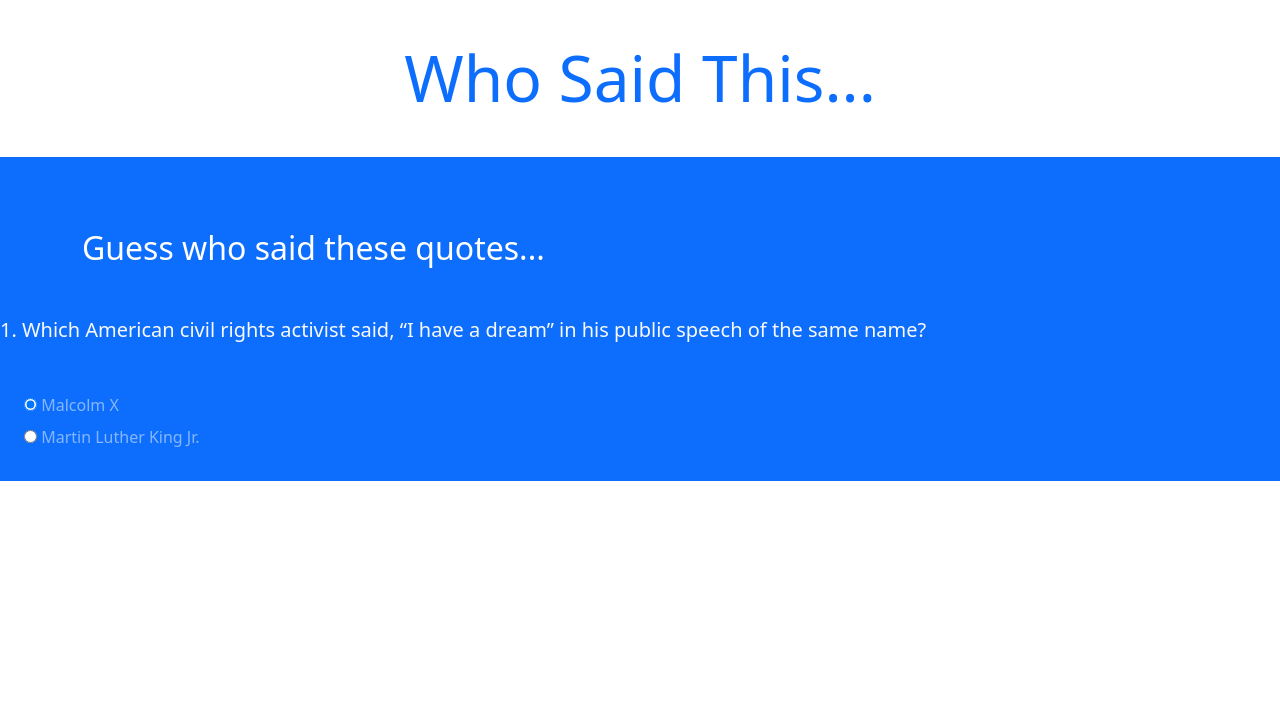
Repository: julihocc/netninja-quiz
Page: index.html
The author's editor kept a copy of each file at every save. The page is drawn from the files as they stood at one save, then again after the next save.
The browser window is 1280 px wide. The pictures show the whole page.

Above is the page before, as saved 2022-09-27 19:21:48.

### index.html
<!DOCTYPE html>
<html lang="en">

<head>
    <meta charset="UTF-8">
    <meta http-equiv="X-UA-Compatible" content="IE=edge">
    <meta name="viewport" content="width=device-width, initial-scale=1.0">

    <!-- CSS only -->
    <link href="https://cdn.jsdelivr.net/npm/bootstrap@5.2.1/dist/css/bootstrap.min.css" rel="stylesheet"
        integrity="sha384-iYQeCzEYFbKjA/T2uDLTpkwGzCiq6soy8tYaI1GyVh/UjpbCx/TYkiZhlZB6+fzT" crossorigin="anonymous">

    <title>Who Said It...</title>
</head>

<body>

    <div class="intro py-3 bg-white text-center">
        <div class="container">
            <h2 class="text-primary display-3 my-4">
                Who Said This...
            </h2>
        </div>
    </div>

    <div class="quiz py-4 bg-primary">
        <div class="container lead">
            <h2 class="my-5 text-white">
                Guess who said these quotes...
            </h2>
        </div>


        <form class="quiz-form text-light">

            <!-- question #1 -->
            <div class="my-5">
                <p class="lead font-weight-normal">
                    1. Which American civil rights activist said, “I have a dream” in his public speech of the same
                    name?
                </p>
            </div>
            <div class="form-check my-2 text-white-50">
                <input type="radio" name="q1" value="A" checked> <label class="form-check-label">Malcolm X</label>
            </div>
            <div class="form-check my-2 text-white-50">
                <input type="radio" name="q1" value="B"> <label class="form-check-label">Martin Luther King Jr.</label>
            </div>
        </form>

    </div>

    <script src="app.js"></script>
</body>

</html>

Loaded but not shown: app.js (no stored copy; drawn as an empty file)

After the next save:
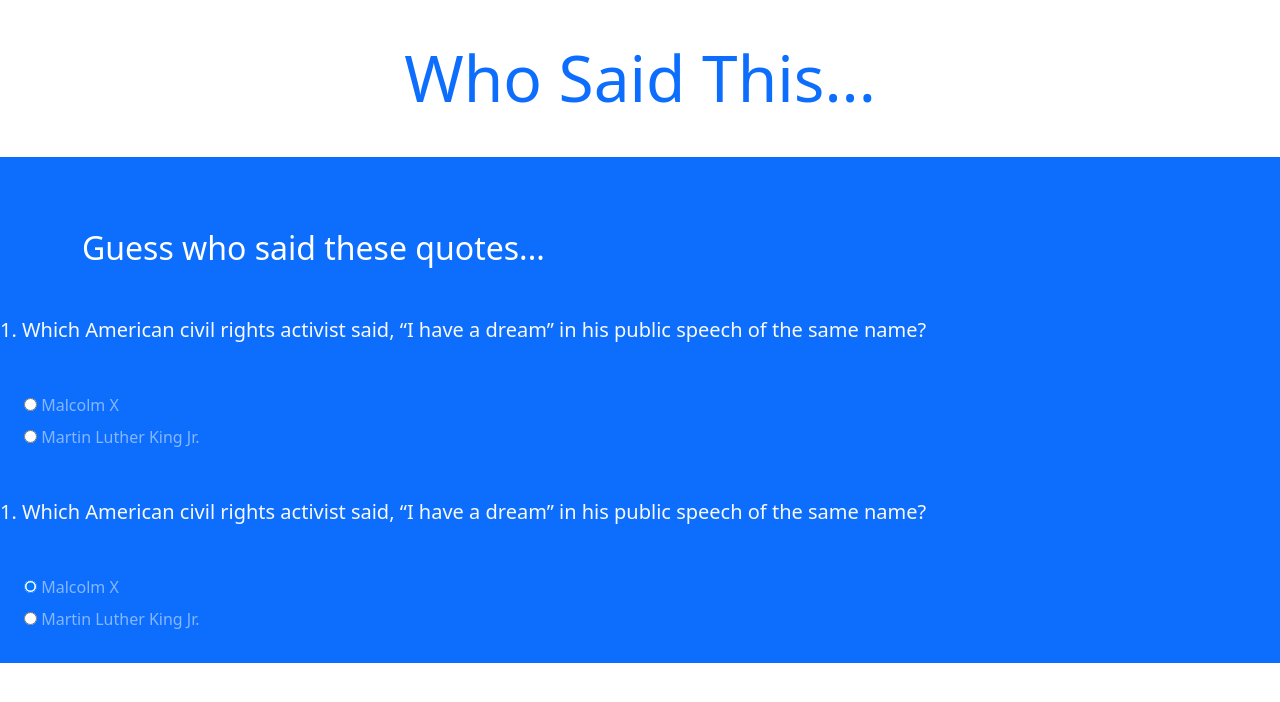
Saved 4 s later.
--- a/index.html
+++ b/index.html
@@ -46,6 +46,20 @@
             <div class="form-check my-2 text-white-50">
                 <input type="radio" name="q1" value="B"> <label class="form-check-label">Martin Luther King Jr.</label>
             </div>
+
+            <!-- question #1 -->
+            <div class="my-5">
+                <p class="lead font-weight-normal">
+                    1. Which American civil rights activist said, “I have a dream” in his public speech of the same
+                    name?
+                </p>
+            </div>
+            <div class="form-check my-2 text-white-50">
+                <input type="radio" name="q1" value="A" checked> <label class="form-check-label">Malcolm X</label>
+            </div>
+            <div class="form-check my-2 text-white-50">
+                <input type="radio" name="q1" value="B"> <label class="form-check-label">Martin Luther King Jr.</label>
+            </div>
         </form>
 
     </div>
